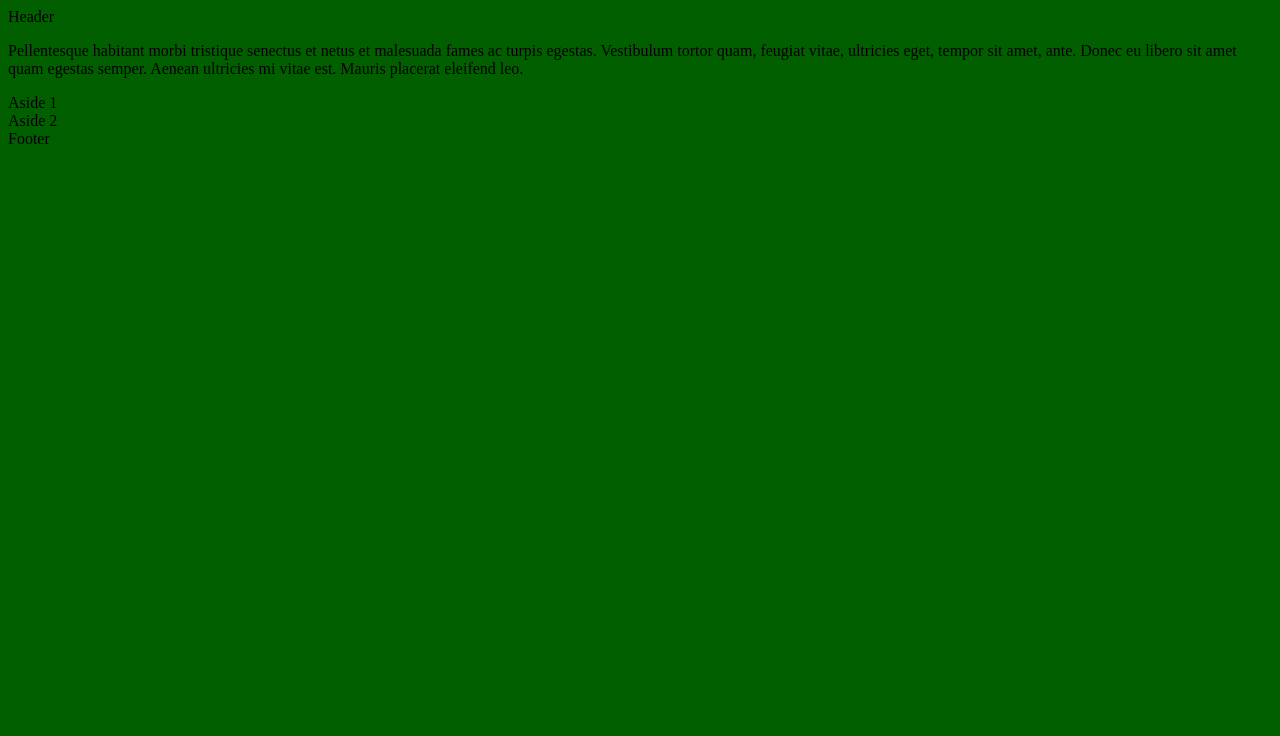
Repository: tiendungjr123/app-baicao
Page: /
An editor plug-in stored every save of this project. The page is shown before and after the next save, followed by the edit.
The browser window is 1280 px wide. The pictures show the whole page.
The project was rebuilt for these pictures with package versions that can differ from the ones it lists, and the page was loaded fresh each time. Also part of the build but not shown: src/index.css, src/Components/table.jsx.

Above is the page before, as saved 2022-10-10 23:28:58.

### src/index.js
import React from 'react';
import ReactDOM from 'react-dom/client';
import './index.css';
import App from './App';

const root = ReactDOM.createRoot(document.getElementById('root'));
root.render(
   <React.StrictMode>
      <App />
   </React.StrictMode>
);

### src/App.js
import './App.css';
import Table from './Components/table';

function App() {
   return (
      <div class="wrapper">
         <header class="header">Header</header>
         <article class="main">
            <p>Pellentesque habitant morbi tristique senectus et netus et malesuada fames ac turpis egestas. Vestibulum tortor quam, feugiat vitae, ultricies eget, tempor sit amet, ante. Donec eu libero sit amet quam egestas semper. Aenean ultricies mi vitae est. Mauris placerat eleifend leo.</p>
         </article>
         <aside class="aside aside-1">Aside 1</aside>
         <aside class="aside aside-2">Aside 2</aside>
         <footer class="footer">Footer</footer>
      </div>

   );
}

export default App;

### src/App.css
@import './Scss/style.css'

### src/Scss/style.css
.table {
  height: 100vh;
  display: flex;
  justify-content: center;
  align-items: center;
  flex-direction: column;
}
.table .btn-deck-card {
  border: 2px solid #DFE8DE;
  border-radius: 20px;
  color: #fff;
  font-size: 20px;
  font-weight: 400;
  background-color: #673299;
  padding: 10px 130px;
  margin-bottom: 10px;
}
.table .btn-action .btn {
  border: 2px solid #DFE8DE;
  border-radius: 20px;
  color: #fff;
  font-size: 20px;
  font-weight: 400;
  margin-right: 5px;
  padding: 5px 10px;
  width: 90px;
  cursor: pointer;
}
.table .btn-action .btn-shuffle {
  background-color: #008101;
}
.table .btn-action .btn-draw {
  background-color: #FFBF18;
}
.table .btn-action .btn-reveal {
  background-color: #262627;
}
.table .btn-action .btn-reset {
  background-color: #dd142f;
}

body {
  background-color: #015F00;
  height: 100vh;
}/*# sourceMappingURL=style.css.map */

Loaded but not shown: public/index.html (common file)

After the next save:
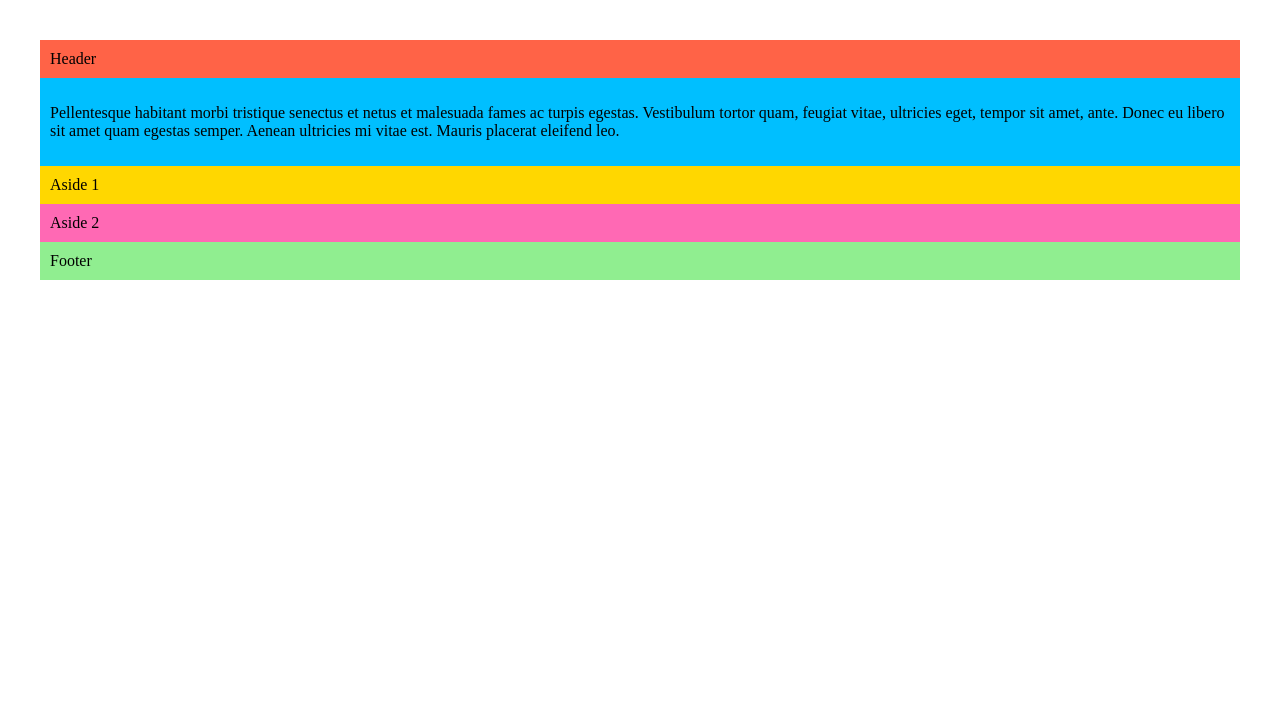
Saved 22 s later.
--- a/src/App.css
+++ b/src/App.css
@@ -1 +1,60 @@
-@import './Scss/style.css'
+@import "./Scss/style.css" .wrapper {
+   display: flex;
+   flex-flow: row wrap;
+   font-weight: bold;
+   text-align: center;
+}
+
+.wrapper > * {
+   padding: 10px;
+   flex: 1 100%;
+}
+
+.header {
+   background: tomato;
+}
+
+.footer {
+   background: lightgreen;
+}
+
+.main {
+   text-align: left;
+   background: deepskyblue;
+}
+
+.aside-1 {
+   background: gold;
+}
+
+.aside-2 {
+   background: hotpink;
+}
+
+@media all and (min-width: 600px) {
+   .aside {
+      flex: 1 0 0;
+   }
+}
+
+@media all and (min-width: 800px) {
+   .main {
+      flex: 3 0px;
+   }
+   .aside-1 {
+      order: 1;
+   }
+   .main {
+      order: 2;
+   }
+   .aside-2 {
+      order: 3;
+   }
+   .footer {
+      order: 4;
+   }
+}
+
+body {
+   padding: 2em;
+}
